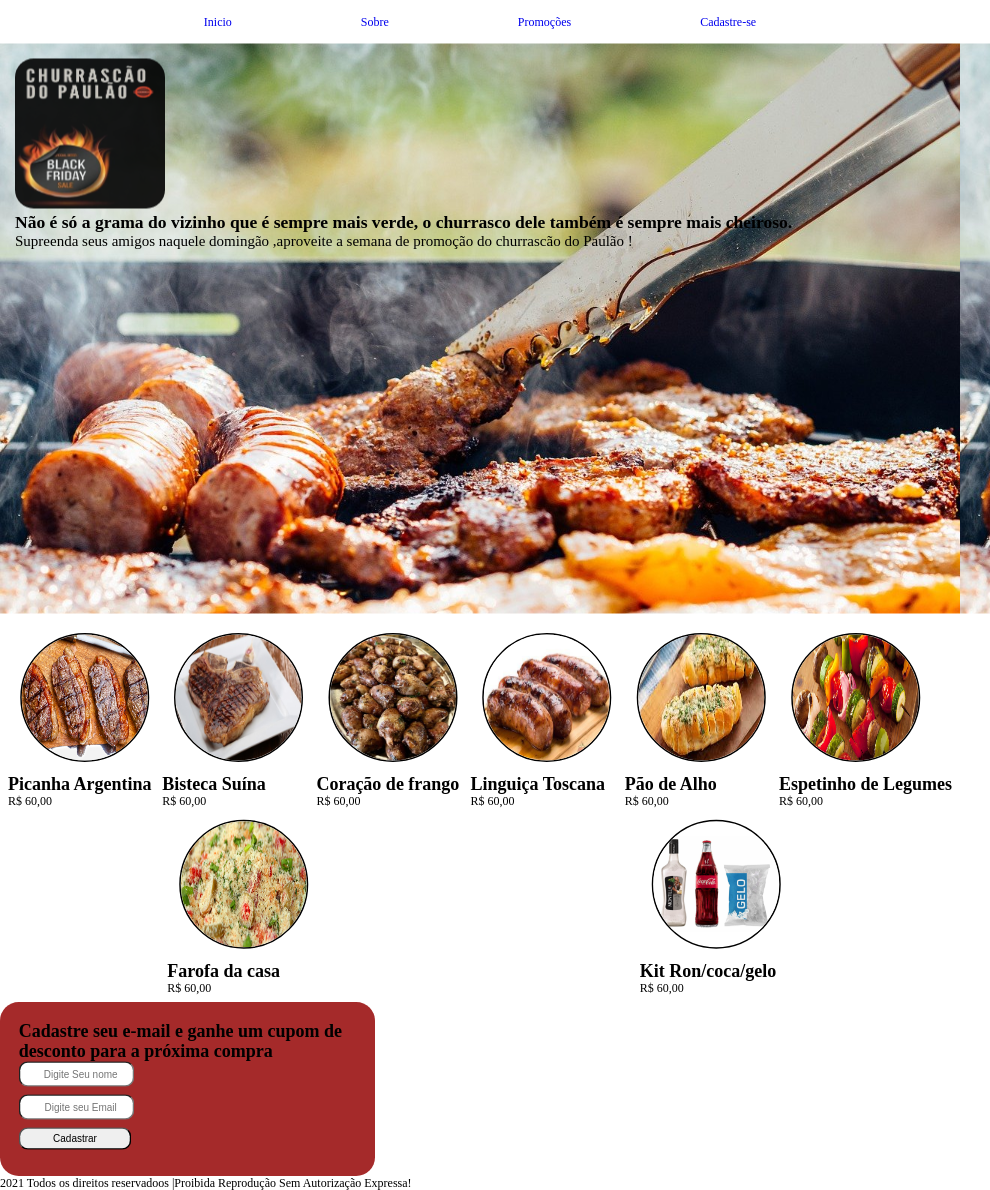
Repository: PauloMarquess/ProjetoBlackFriday
Page: index.html
The author's editor kept a copy of each file at every save. The page is drawn from the files as they stood at one save, then again after the next save.
The browser window is 1280 px wide. The page is 1320 px wide, so the pictures cover 1320 px, including what lies to the right of the window. The pictures show the whole page, at 75% of full size.

Above is the page before, as saved 2021-07-15 18:24:47.

### index.html
<!DOCTYPE html>
<html lang="pt-Br">

<head>
    <meta charset="UTF-8">
    <meta http-equiv="X-UA-Compatible" content="IE=edge">
    <meta name="viewport" content="width=device-width, initial-scale=1.0">
    <link rel="stylesheet" href="./css/style.css">
    <title>Churrascão do Paulão</title>
</head>

<body>
    <header role="navigation" id="menu">
        <div class="container-menu">
            <nav class="menu">

                    <a href="#">Inicio</a>
                    <a href="#">Sobre</a>
                    <a href="#produtos">Promoções</a>
                <a href="#">Cadastre-se</a>

            </nav>
     </div>
    </header>

    <section class="container background-section">
        <img src="./img/icone.jpeg ">
        <h3>Não é só a grama do vizinho que é sempre mais verde, o churrasco dele também é sempre mais cheiroso.</h3>
        <p>Supreenda seus amigos naquele domingão ,aproveite a semana de promoção do churrascão do Paulão !</p>

    </section>

    <section id="produtos">
    <div class="card">
        <img src="./img/picanha.jpg" alt="Picanha Argentina">
        <h2>Picanha Argentina</h2>
        <p>R$ 60,00</p>
    </div>

    <div class="card">
        <img src="./img/bisteca_suina.jpg" alt="Bisteca Suína">
        <h2>Bisteca Suína</h2>
        <p>R$ 60,00</p>
    </div>

    <div class="card">
        <img src="./img/Coração-De-Frango.jpg" alt="Coração de frango">
        <h2>Coração de frango</h2>
        <p>R$ 60,00</p>
    </div>

    <div class="card">
        <img src="./img/linguica_toscana.jpg" alt="Linguiça Toscana">
        <h2>Linguiça Toscana</h2>
        <p>R$ 60,00</p>
    </div>

    <div class="card">
        <img src="./img/pao-de-alho.jpg" alt="Pão de alho">
        <h2>Pão de Alho</h2>
        <p>R$ 60,00</p>
    </div>

    <div class="card">
        <img src="./img/espetinho_de_legumes.jpeg" alt="Espetinho de Legumes">
        <h2>Espetinho de Legumes</h2>
        <p>R$ 60,00</p>
    </div>

    <div class="card">
        <img src="./img/farofa-leve-para-churrasco.jpg" alt="Farofa da casa">
        <h2>Farofa da casa</h2>
        <p>R$ 60,00</p>
    </div>

    <div class="card">
        <img src="./img/ron-coca-gelo.png" alt="kit ron coca gelo">
        <h2>Kit Ron/coca/gelo</h2>
        <p>R$ 60,00</p>
    </div>

</section>


    <section class="formulario">
        <h2>Cadastre seu e-mail e ganhe um cupom de desconto para a próxima compra</h2>
        <div id="content">
            <form id="form">
                <input type="text" placeholder="   Digite Seu nome" id="name">
                <input type="email" placeholder="   Digite seu Email" id="email">
                <input type="submit" value="Cadastrar">

            </form>
        </div>
    </section>
    <footer>2021 Todos os direitos reservadoos |Proibida Reprodução Sem Autorização Expressa!</footer>

</body>
<script src="./script.js"></script>

</html>

### css/style.css
* {
    padding: 0;
    margin:0;
    list-style: none;
    text-decoration: none;

}
html{
    scroll-behavior: smooth;
}

header {
    position: sticky;
    top: 0;



}
header .container-menu{
    display: flex;
    flex-direction: row;
    align-items: center;
    justify-content: space-around;
    padding: 20px;


}
header .container-menu a {
    margin: 4rem;
    padding: 20px;
}

header nav a:hover {
    color: #a8a8a7;
}


.container{
    width: 100%;
    height: 100vh;
    display: inline-block;
    align-items: center;
    color: black;
    font-size: 20px;
    padding: 20px;
}
.container img {
    width: 200px;
    height: 200px;
    border-radius: 25px;
    opacity: 90%;
}
.background-section {
    background-image: url(../img/barbecue-820010_1280.jpg)

}


.formulario {
    background-color: brown;
    border-radius: 25px;
    padding: 25px;
    align-items: center;
    max-width: 450px;
}
.formulario form {

    display: grid;
    width: 150px;
    align-items: center;
}
input {
    width: 100%;
    border-radius: 12px;
   height: 30px;
   margin-bottom: 10px;
   text-align: center;

}

#produtos {
    padding: 10px;
    display: flex;
    align-items: center;
    justify-content: space-around;
    flex-wrap:wrap


}


#produtos img{
    width: 168px;
     height: 168px;
     border-radius: 103%;
     border: 2px solid black;
     display: flex;
     flex-direction: column;
     align-items: center;
     margin: 1rem;
}

### script.js
const form = document.getElementById ('form')

form.addEventListener('submit',(e) =>{
    e.preventDefault()
    let nome =document.getElementById('name').value;
    let email =document.getElementById('email').value;
    console.log(nome,email)
    let data ={
        nome,email,
    }
let converteData =JSON.stringify(data);
localStorage.setItem('lead',converteData)

let content = document.getElementById('content')

let carregando = `<p>carregando...</p>`

let enviado =`<p>Cadastrado com sucesso</p>`

content.innerHTML =carregando

setTimeout(() => {
content.innerHTML = enviado
},1500)

})

After the next save:
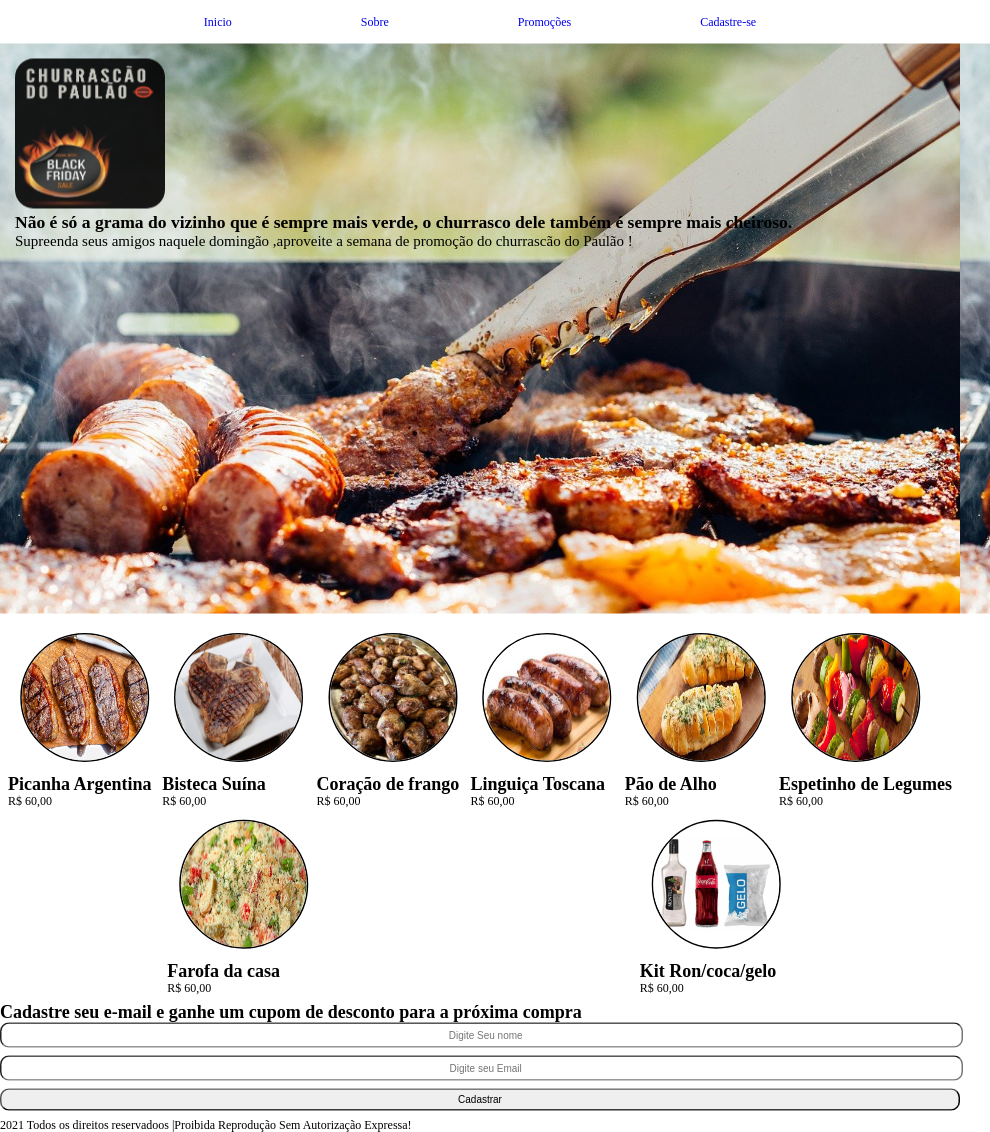
Saved 46 s later.
--- a/css/style.css
+++ b/css/style.css
@@ -56,14 +56,14 @@
 }
 
 
-.formulario {
+#formulario {
     background-color: brown;
     border-radius: 25px;
     padding: 25px;
     align-items: center;
     max-width: 450px;
 }
-.formulario form {
+#formulario form {
 
     display: grid;
     width: 150px;

After the save that followed:
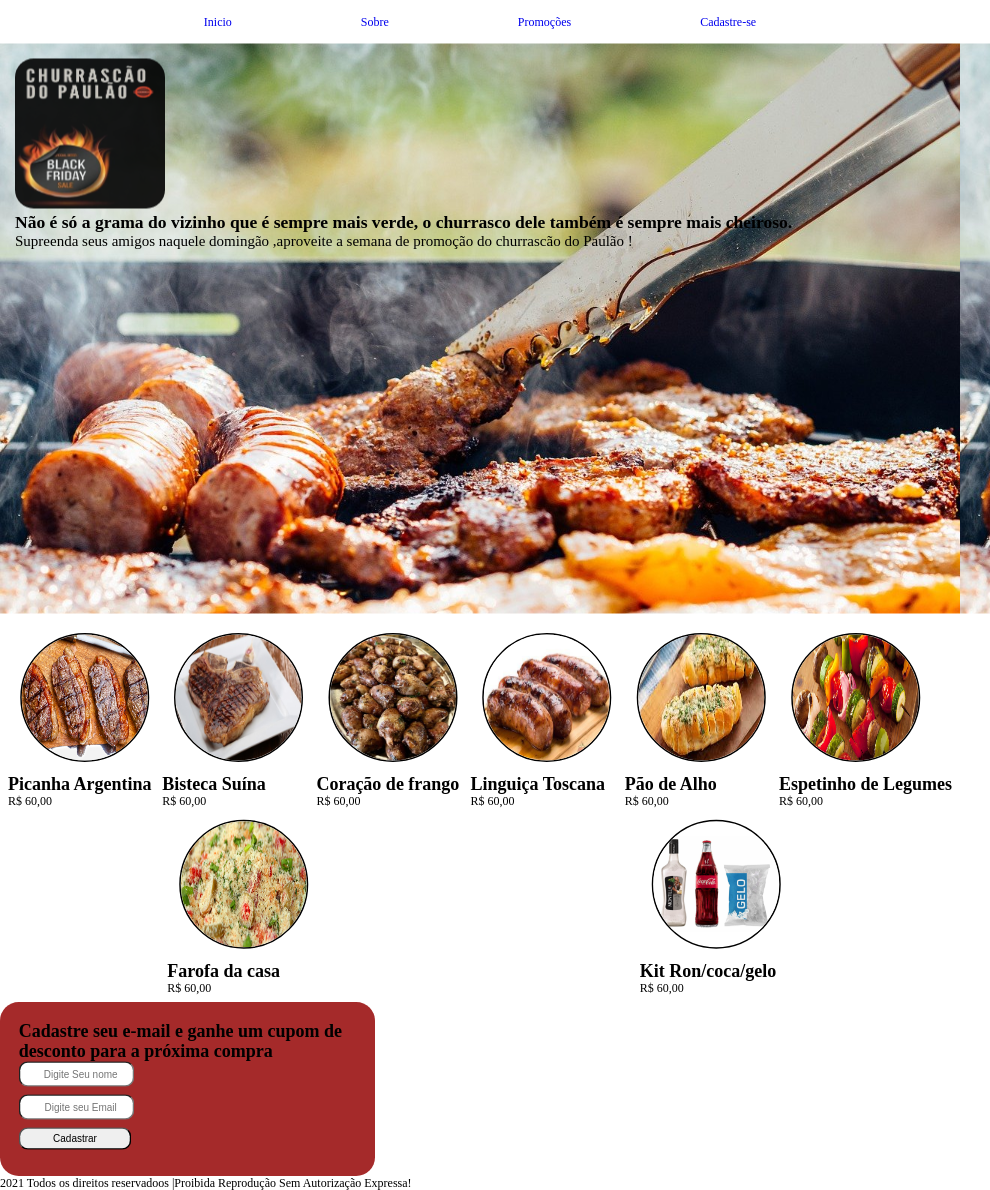
Saved 13 s later.
--- a/index.html
+++ b/index.html
@@ -17,7 +17,7 @@
                     <a href="#">Inicio</a>
                     <a href="#">Sobre</a>
                     <a href="#produtos">Promoções</a>
-                <a href="#">Cadastre-se</a>
+                <a href="#formulario">Cadastre-se</a>
 
             </nav>
      </div>
@@ -82,7 +82,7 @@
 </section>
 
 
-    <section class="formulario">
+    <section id="formulario">
         <h2>Cadastre seu e-mail e ganhe um cupom de desconto para a próxima compra</h2>
         <div id="content">
             <form id="form">
